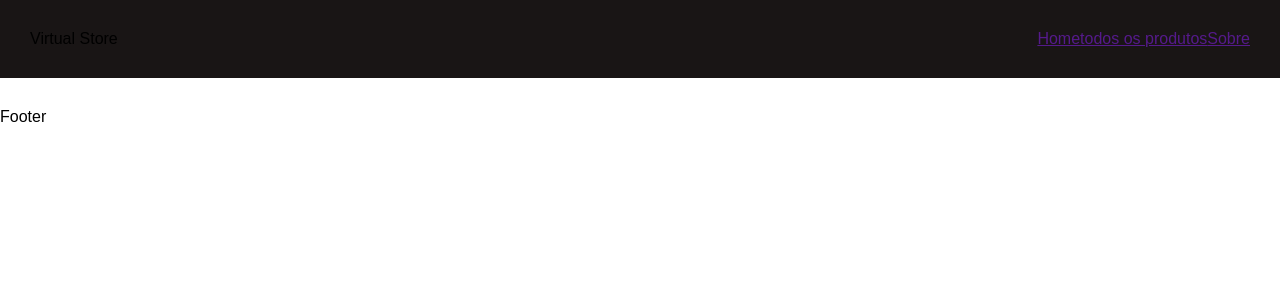
Repository: meiotera/virtuL-store
Page: /lista-de-produtos
An editor plug-in stored every save of this project. The page is shown before and after the next save, followed by the edit.
The browser window is 1280 px wide. The pictures show the whole page.
The page's requests for data from a server got no answer. The project was rebuilt for these pictures with package versions that can differ from the ones it lists, and the page was loaded fresh each time. No one was signed in, and anything a server would have sent is missing. Also part of the build but not shown: vite.config.js, src/pages/Home.jsx, src/styles/ProductCard.module.css, src/components/ProductCard.jsx.

Above is the page before, as saved 2025-04-08 07:45:23.

### src/index.css
* {
  margin: 0;
  padding: 0;
  list-style: none;

  font-family: Arial, Helvetica, sans-serif;
}

### src/App.jsx
import { BrowserRouter, Link, Route, Routes } from 'react-router-dom';
import Header from './components/Header';
import Main from './components/Main';
import Footer from './components/Footer';
import Home from './pages/Home';
import ProductList from './pages/ProductList';

function App() {
  return (
    <div>
      <BrowserRouter>
        <Header />

        <Main>
          <Routes>
            <Route path="/" element={<Home />} />
            <Route path="/lista-de-produtos" element={<ProductList />} />
          </Routes>
        </Main>

        <Footer />
      </BrowserRouter>
    </div>
  );
}

export default App;

### src/components/Header.jsx
import React from 'react';
import styles from '../styles/Header.module.css';

const Header = () => {
  return (
    <header className={styles.header}>
      <div>Virtual Store</div>

      <div className={styles.navContainer}>
        <nav>
          <a href="">Home</a>
          <a href="">todos os produtos</a>
          <a href="">Sobre</a>
        </nav>
      </div>
    </header>
  );
};

export default Header;

### src/components/Main.jsx
import React from 'react';

const Main = ({ children }) => {
  return <main>{children}</main>;
};

export default Main;

### src/pages/ProductList.jsx
import React, { useEffect, useState } from 'react';
import { getAllProducts } from '../services/api';
import ProductCard from '../components/ProductCard';

import styles from '../styles/ProductList.module.css';

const ProductList = () => {
  const [products, setProdutcts] = useState([]);

  useEffect(() => {
    const fetchData = async () => {
      const data = await getAllProducts();
      setProdutcts(data);
    };

    fetchData();
  }, []);

  console.log(products);

  return (
    <div className={styles.containerProducts}>
      {products.map((product) => (
        <ProductCard
          key={product.id}
          title={product.title}
          image={product.image}
          rating={product.rating}
          price={product.price}
        />
      ))}
    </div>
  );
};

export default ProductList;

### src/styles/Header.module.css
.header {
  background-color: #191515;
  padding: 30px;
  margin-bottom: 30px;

  display: flex;
  justify-content: space-between;
  align-items: center;
}

.navContainer nav {
  display: flex;
  align-items: center;
}

### src/services/api.js
const BASE_URL = 'https://fakestoreapi.com';

// buscar todos os produtos
export const getAllProducts = async () => {
  const res = await fetch(`${BASE_URL}/products`);
  const data = await res.json();

  return data;
};

### src/styles/ProductList.module.css
.containerProducts {
  display: flex;
  flex-wrap: wrap;
  gap: 20px;
}

Loaded but not shown: index.html (common file); src/main.jsx (common file); src/components/Footer.jsx (common file)

After the next save:
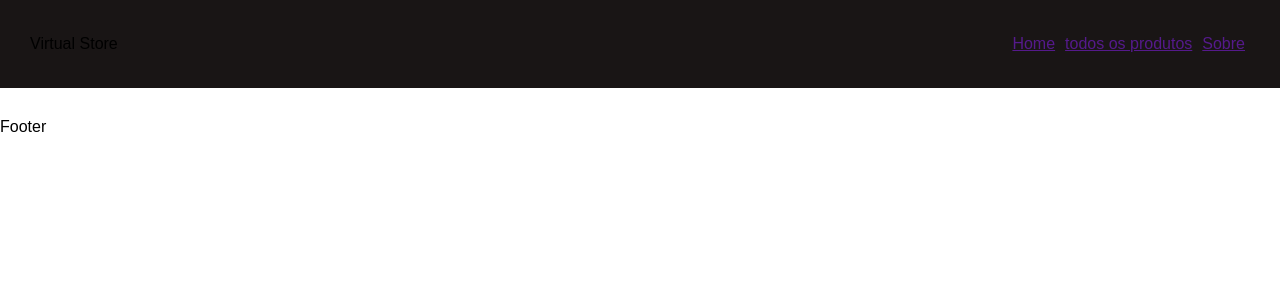
Saved 21 s later.
--- a/src/styles/Header.module.css
+++ b/src/styles/Header.module.css
@@ -12,3 +12,7 @@
   display: flex;
   align-items: center;
 }
+
+.navContainer a {
+  padding: 5px;
+}
